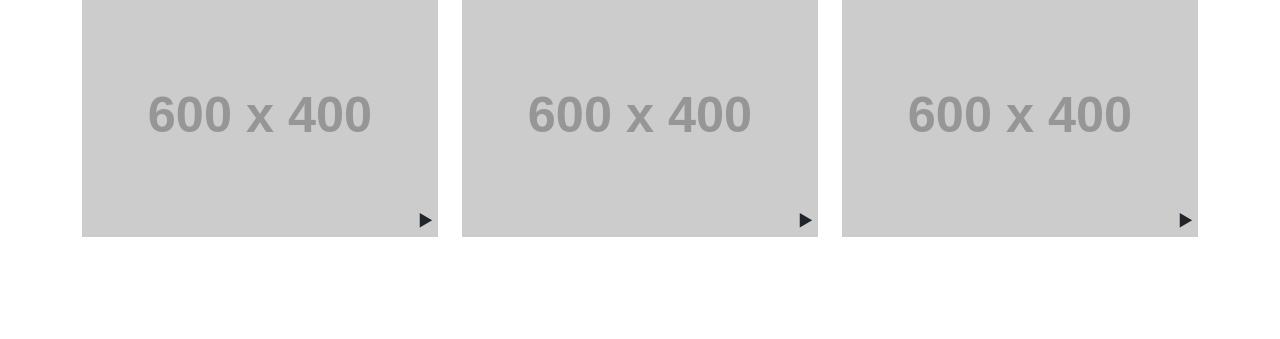
Repository: fbansept/ran4_24
Page: index.html
These files come from the project's save history. The page is drawn as it stood at one moment and after the next save; the edit follows.
The browser window is 1280 px wide. The pictures show the whole page.

Above is the page before, as saved 2024-10-14 11:22:25.

### index.html
<!DOCTYPE html>
<html lang="en">
  <head>
    <meta charset="UTF-8" />
    <meta name="viewport" content="width=device-width, initial-scale=1.0" />
    <title>Document</title>
    <link
      href="https://cdn.jsdelivr.net/npm/bootstrap@5.3.3/dist/css/bootstrap.min.css"
      rel="stylesheet"
      integrity="sha384-QWTKZyjpPEjISv5WaRU9OFeRpok6YctnYmDr5pNlyT2bRjXh0JMhjY6hW+ALEwIH"
      crossorigin="anonymous"
    />
    <script
      defer
      src="https://cdn.jsdelivr.net/npm/bootstrap@5.3.3/dist/js/bootstrap.bundle.min.js"
      integrity="sha384-YvpcrYf0tY3lHB60NNkmXc5s9fDVZLESaAA55NDzOxhy9GkcIdslK1eN7N6jIeHz"
      crossorigin="anonymous"
    ></script>

    <link rel="stylesheet" href="style.css">
  </head>
  <body>
    <main class="container">
      <div class="row row-cols-1 row-cols-md-3">
        <article class="col">
          <div>
            <img src="https://placehold.co/600x400" />
            <div class="button">▶</div>
          </div>
        </article>
        <article class="col">
          <div>
            <img src="https://placehold.co/600x400" />
            <div class="button">▶</div>
          </div>
        </article>
        <article class="col">
          <div>
            <img src="https://placehold.co/600x400" />
            <div class="button">▶</div>
          </div>
        </article>
      </div>
    </main>
  </body>
</html>

### style.css
.container > .row > article > div {
  position: relative;
}

.container > .row > article > div > img {
  width: 100%;
  h
}

.button {
  position: absolute;
  bottom: 5px;
  right: 5px;
}

After the next save:
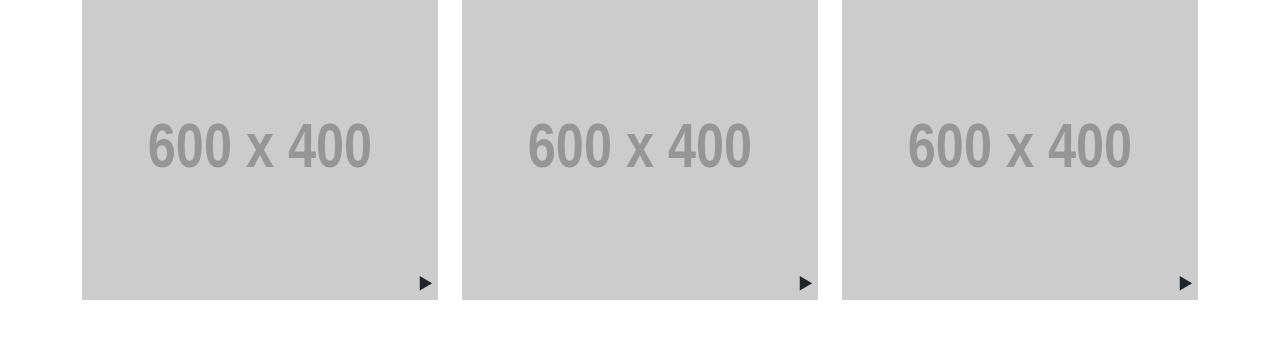
Saved 5 s later.
--- a/style.css
+++ b/style.css
@@ -4,7 +4,7 @@
 
 .container > .row > article > div > img {
   width: 100%;
-  h
+  height: 300px;
 }
 
 .button {

After the 5 saves that followed:
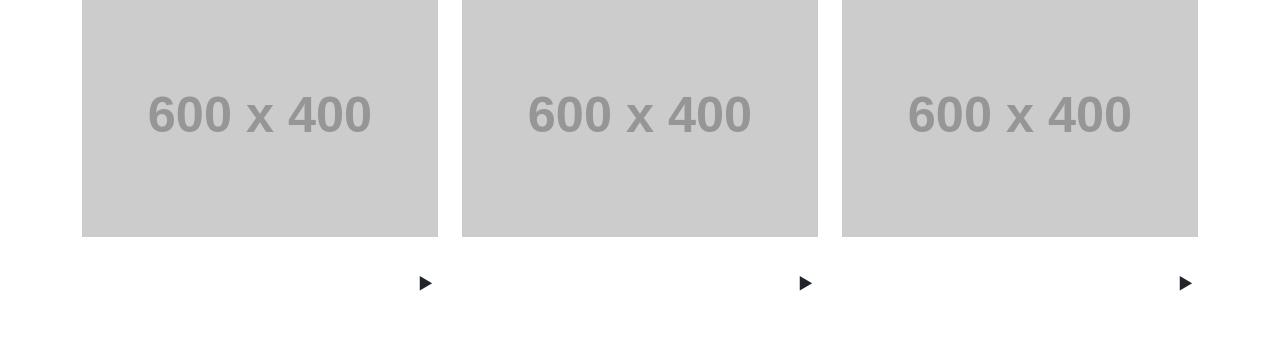
The 5 saves are shown as one change because 1 left the picture as it was and some came seconds apart.
The last was saved 20 s later.
--- a/style.css
+++ b/style.css
@@ -1,10 +1,11 @@
 .container > .row > article > div {
   position: relative;
+  width: 100%;
+  height: 300px;
 }
 
 .container > .row > article > div > img {
   width: 100%;
-  height: 300px;
 }
 
 .button {
